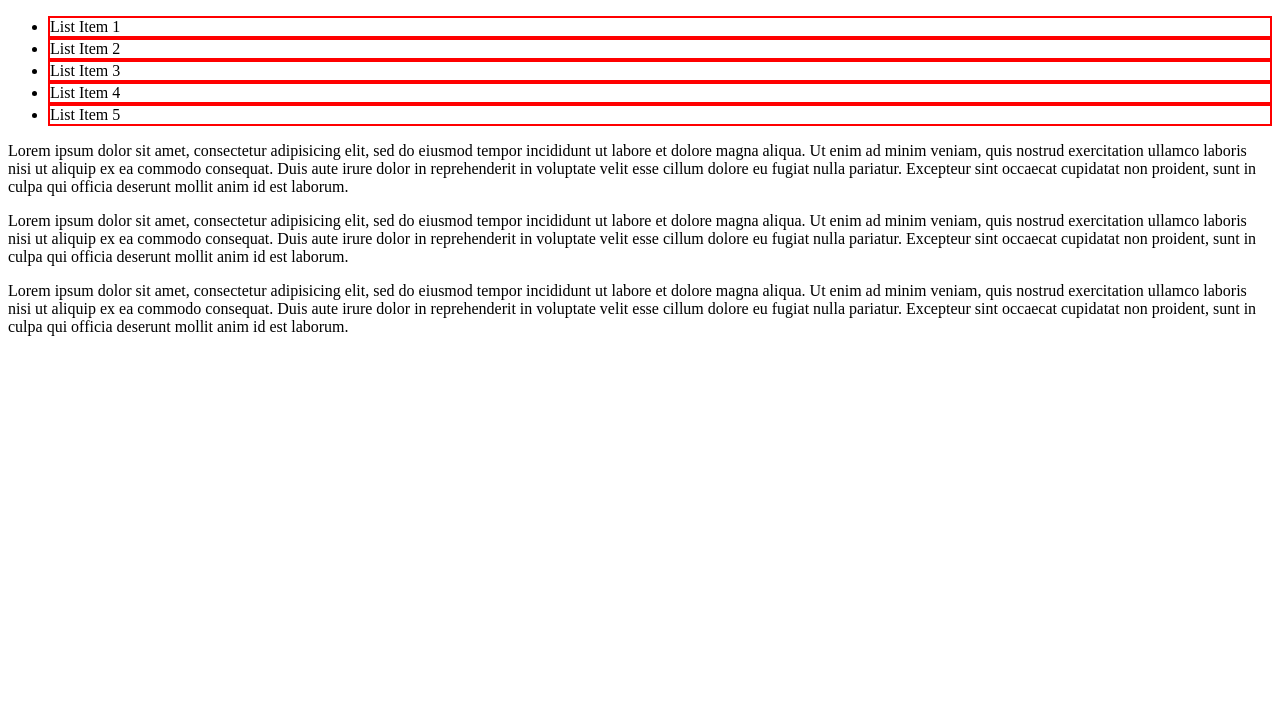
Repository: PankajSutharPersistent/vm-backup
Page: workspaceJavaScript/DemoJQuery/index.html
These files come from the project's save history. The page is drawn as it stood at one moment and after the next save; the edit follows.
The browser window is 1280 px wide. The pictures show the whole page.

Above is the page before, as saved 2017-01-02 04:53:16.

### workspaceJavaScript/DemoJQuery/index.html
<!DOCTYPE HTML PUBLIC "-//W3C//DTD HTML 4.01 Transitional//EN"
"http://www.w3.org/TR/html4/loose.dtd">
<html xmlns="http://www.w3.org/1999/xhtml">
    <head>
        <meta http-equiv="Content-Type" content="text/html; charset=utf-8" />
        <title>New Web Project</title>
        <script src="lib/jquery-3.1.1.js" type="text/javascript" charset="utf-8"></script>
        	<script type="text/javascript" charset="utf-8">

			jQuery(function(){
				$("li","ul").css("border","2px solid red");



			});
			</script>


        </script>
    </head>
    <body>
       <ul>
       	<li class="items">List Item 1</li>
       	<li class="items">List Item 2</li>
       	<li class="items">List Item 3</li>
       	<li class="items">List Item 4</li>
       	<li class="items">List Item 5</li>
       </ul>
       <p>Lorem ipsum dolor sit amet, consectetur adipisicing elit, sed do eiusmod tempor incididunt ut labore et dolore magna aliqua. Ut enim ad minim veniam, quis nostrud exercitation ullamco laboris nisi ut aliquip ex ea commodo consequat. Duis aute irure dolor in reprehenderit in voluptate velit esse cillum dolore eu fugiat nulla pariatur. Excepteur sint occaecat cupidatat non proident, sunt in culpa qui officia deserunt mollit anim id est laborum.</p>
   		<p>Lorem ipsum dolor sit amet, consectetur adipisicing elit, sed do eiusmod tempor incididunt ut labore et dolore magna aliqua. Ut enim ad minim veniam, quis nostrud exercitation ullamco laboris nisi ut aliquip ex ea commodo consequat. Duis aute irure dolor in reprehenderit in voluptate velit esse cillum dolore eu fugiat nulla pariatur. Excepteur sint occaecat cupidatat non proident, sunt in culpa qui officia deserunt mollit anim id est laborum.</p>
   		<p>Lorem ipsum dolor sit amet, consectetur adipisicing elit, sed do eiusmod tempor incididunt ut labore et dolore magna aliqua. Ut enim ad minim veniam, quis nostrud exercitation ullamco laboris nisi ut aliquip ex ea commodo consequat. Duis aute irure dolor in reprehenderit in voluptate velit esse cillum dolore eu fugiat nulla pariatur. Excepteur sint occaecat cupidatat non proident, sunt in culpa qui officia deserunt mollit anim id est laborum.</p>

   </body>
</html>

Loaded but not shown: workspaceJavaScript/DemoJQuery/lib/jquery-3.1.1.js (library)

After the next save:
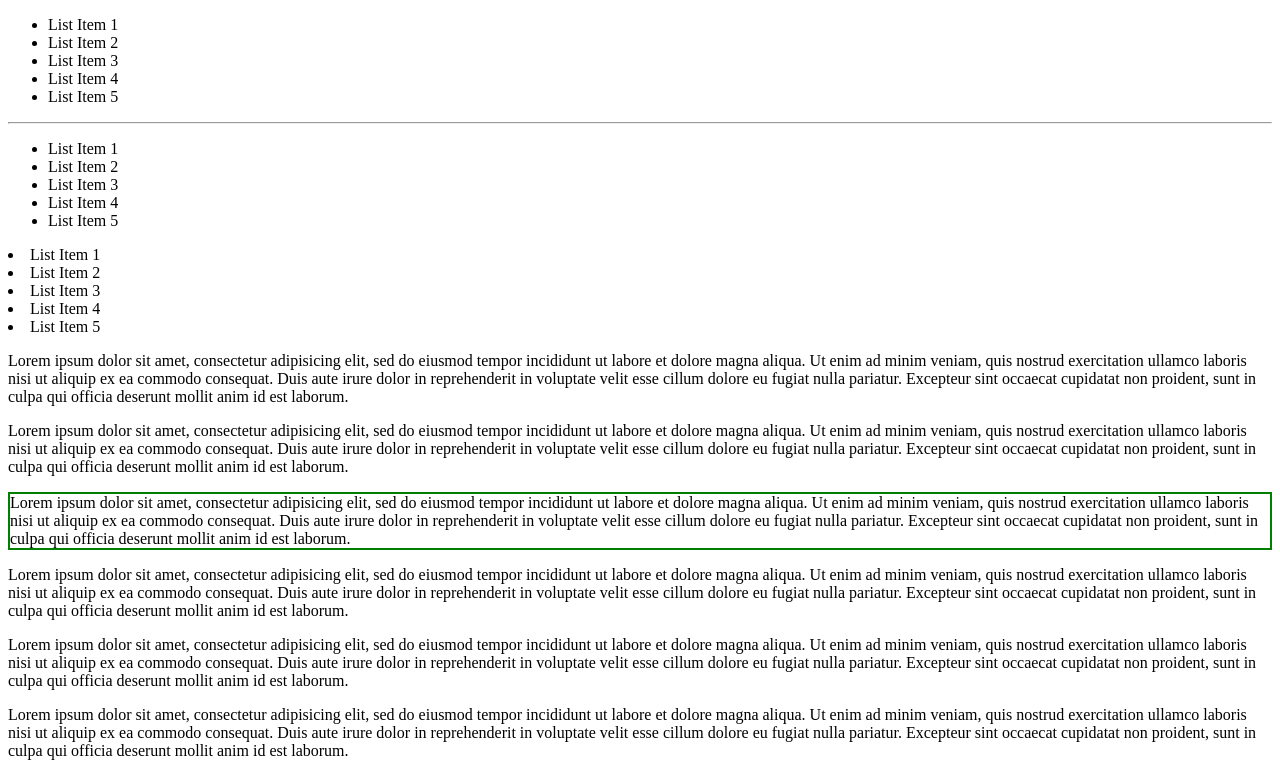
Saved 12 min 56 s later.
--- a/workspaceJavaScript/DemoJQuery/index.html
+++ b/workspaceJavaScript/DemoJQuery/index.html
@@ -1,34 +1,75 @@
-<!DOCTYPE HTML PUBLIC "-//W3C//DTD HTML 4.01 Transitional//EN"
-"http://www.w3.org/TR/html4/loose.dtd">
-<html xmlns="http://www.w3.org/1999/xhtml">
-    <head>
-        <meta http-equiv="Content-Type" content="text/html; charset=utf-8" />
-        <title>New Web Project</title>
-        <script src="lib/jquery-3.1.1.js" type="text/javascript" charset="utf-8"></script>
-        	<script type="text/javascript" charset="utf-8">
+<!doctype html>
+<html lang="en">
+<head>
+	<meta charset="UTF-8" />
+	<title>Document</title>
+	<script src="lib/jquery-3.1.1.js"></script>
+	<script>
+	/*
+		var vj = jQuery.noConflict();
+		vj(function(){
+			///=========================
 
-			jQuery(function(){
-				$("li","ul").css("border","2px solid red");
+			alert("welcome to 2017")
 
+			///=========================
+		})
+	 */
+		$(function(){
+			///=========================
 
+			// $("li","ul").css("border","2px solid red");
+			// $("#list").css("border","2px solid red");
+			// $(".items").css("border","2px solid green");
+			// $(".items","#list").css("border","2px solid green");
+			// $("#list .items").css("border","2px solid green");
 
-			});
-			</script>
+			   $("p[onclick='fun3()']").css("border","2px solid green");
 
+			///=========================
+		})
+	</script>
+</head>
+<body>
+	<ul id="list">
+		<li class="items">List Item 1</li>
+		<li class="items">List Item 2</li>
+		<li class="items">List Item 3</li>
+		<li class="items">List Item 4</li>
+		<li class="items">List Item 5</li>
+	</ul>
+	<hr/>
+	<ul>
+		<li class="items">List Item 1</li>
+		<li class="items">List Item 2</li>
+		<li class="items">List Item 3</li>
+		<li class="items">List Item 4</li>
+		<li class="items">List Item 5</li>
+	</ul>
 
-        </script>
-    </head>
-    <body>
-       <ul>
-       	<li class="items">List Item 1</li>
-       	<li class="items">List Item 2</li>
-       	<li class="items">List Item 3</li>
-       	<li class="items">List Item 4</li>
-       	<li class="items">List Item 5</li>
-       </ul>
-       <p>Lorem ipsum dolor sit amet, consectetur adipisicing elit, sed do eiusmod tempor incididunt ut labore et dolore magna aliqua. Ut enim ad minim veniam, quis nostrud exercitation ullamco laboris nisi ut aliquip ex ea commodo consequat. Duis aute irure dolor in reprehenderit in voluptate velit esse cillum dolore eu fugiat nulla pariatur. Excepteur sint occaecat cupidatat non proident, sunt in culpa qui officia deserunt mollit anim id est laborum.</p>
-   		<p>Lorem ipsum dolor sit amet, consectetur adipisicing elit, sed do eiusmod tempor incididunt ut labore et dolore magna aliqua. Ut enim ad minim veniam, quis nostrud exercitation ullamco laboris nisi ut aliquip ex ea commodo consequat. Duis aute irure dolor in reprehenderit in voluptate velit esse cillum dolore eu fugiat nulla pariatur. Excepteur sint occaecat cupidatat non proident, sunt in culpa qui officia deserunt mollit anim id est laborum.</p>
-   		<p>Lorem ipsum dolor sit amet, consectetur adipisicing elit, sed do eiusmod tempor incididunt ut labore et dolore magna aliqua. Ut enim ad minim veniam, quis nostrud exercitation ullamco laboris nisi ut aliquip ex ea commodo consequat. Duis aute irure dolor in reprehenderit in voluptate velit esse cillum dolore eu fugiat nulla pariatur. Excepteur sint occaecat cupidatat non proident, sunt in culpa qui officia deserunt mollit anim id est laborum.</p>
+	<li class="items">List Item 1</li>
+	<li class="items">List Item 2</li>
+	<li class="items">List Item 3</li>
+	<li class="items">List Item 4</li>
+	<li class="items">List Item 5</li>
 
-   </body>
+	<p onclick="fun1()">
+		Lorem ipsum dolor sit amet, consectetur adipisicing elit, sed do eiusmod tempor incididunt ut labore et dolore magna aliqua. Ut enim ad minim veniam, quis nostrud exercitation ullamco laboris nisi ut aliquip ex ea commodo consequat. Duis aute irure dolor in reprehenderit in voluptate velit esse cillum dolore eu fugiat nulla pariatur. Excepteur sint occaecat cupidatat non proident, sunt in culpa qui officia deserunt mollit anim id est laborum.
+	</p>
+	<p onclick="fun2()">
+		Lorem ipsum dolor sit amet, consectetur adipisicing elit, sed do eiusmod tempor incididunt ut labore et dolore magna aliqua. Ut enim ad minim veniam, quis nostrud exercitation ullamco laboris nisi ut aliquip ex ea commodo consequat. Duis aute irure dolor in reprehenderit in voluptate velit esse cillum dolore eu fugiat nulla pariatur. Excepteur sint occaecat cupidatat non proident, sunt in culpa qui officia deserunt mollit anim id est laborum.
+	</p>
+	<p onclick="fun3()">
+		Lorem ipsum dolor sit amet, consectetur adipisicing elit, sed do eiusmod tempor incididunt ut labore et dolore magna aliqua. Ut enim ad minim veniam, quis nostrud exercitation ullamco laboris nisi ut aliquip ex ea commodo consequat. Duis aute irure dolor in reprehenderit in voluptate velit esse cillum dolore eu fugiat nulla pariatur. Excepteur sint occaecat cupidatat non proident, sunt in culpa qui officia deserunt mollit anim id est laborum.
+	</p>
+	<p onclick="fun4()">
+		Lorem ipsum dolor sit amet, consectetur adipisicing elit, sed do eiusmod tempor incididunt ut labore et dolore magna aliqua. Ut enim ad minim veniam, quis nostrud exercitation ullamco laboris nisi ut aliquip ex ea commodo consequat. Duis aute irure dolor in reprehenderit in voluptate velit esse cillum dolore eu fugiat nulla pariatur. Excepteur sint occaecat cupidatat non proident, sunt in culpa qui officia deserunt mollit anim id est laborum.
+	</p>
+	<p title="persistent">
+		Lorem ipsum dolor sit amet, consectetur adipisicing elit, sed do eiusmod tempor incididunt ut labore et dolore magna aliqua. Ut enim ad minim veniam, quis nostrud exercitation ullamco laboris nisi ut aliquip ex ea commodo consequat. Duis aute irure dolor in reprehenderit in voluptate velit esse cillum dolore eu fugiat nulla pariatur. Excepteur sint occaecat cupidatat non proident, sunt in culpa qui officia deserunt mollit anim id est laborum.
+	</p>
+	<p lang="en">
+		Lorem ipsum dolor sit amet, consectetur adipisicing elit, sed do eiusmod tempor incididunt ut labore et dolore magna aliqua. Ut enim ad minim veniam, quis nostrud exercitation ullamco laboris nisi ut aliquip ex ea commodo consequat. Duis aute irure dolor in reprehenderit in voluptate velit esse cillum dolore eu fugiat nulla pariatur. Excepteur sint occaecat cupidatat non proident, sunt in culpa qui officia deserunt mollit anim id est laborum.
+	</p>
+</body>
 </html>
